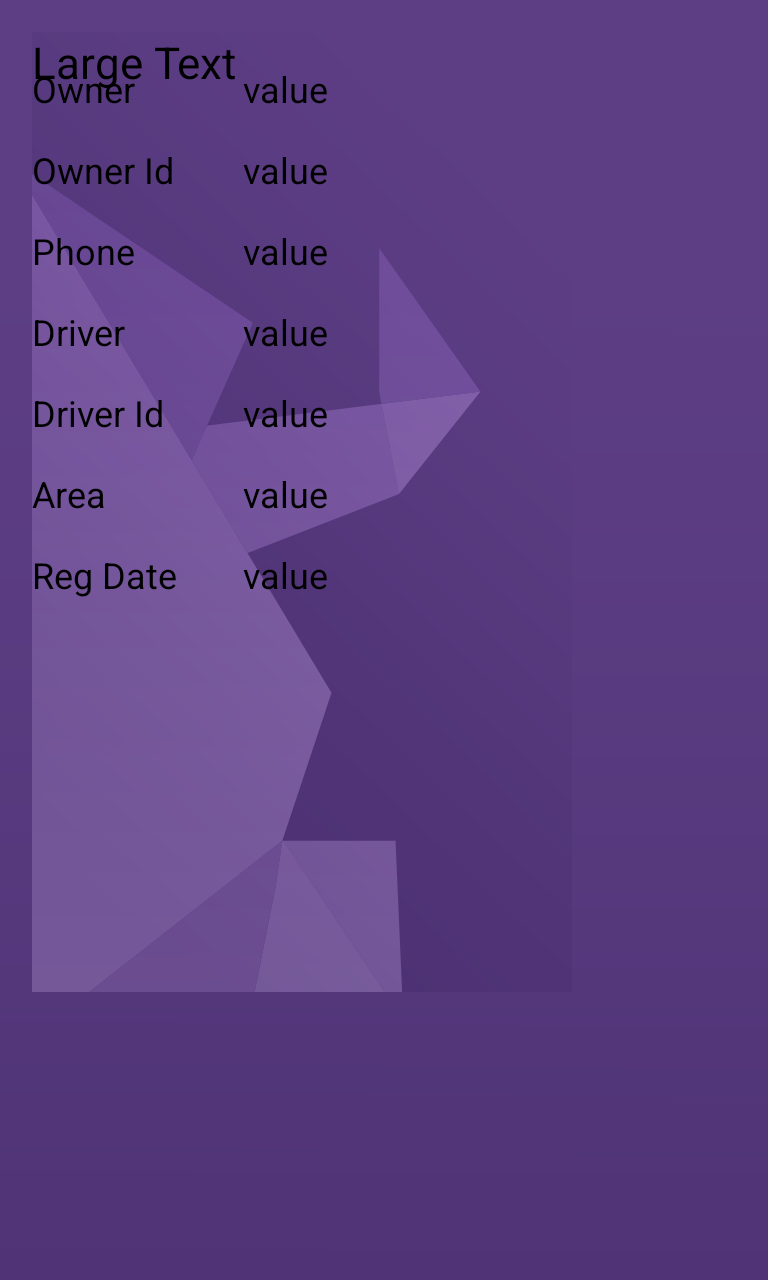
Repository: walteranyika/personal
Layout: PikiPiki/res/layout/activity_details.xml
The author's editor kept a copy of each file at every save. The layout is drawn from the files as they stood at one save, then again after the next save.
It is drawn on a 768 x 1280 px phone screen (xhdpi) without system bars, with theme AppTheme; the app's code is not run.

Above is the layout before, as saved 2015-11-06 07:32:04.

### PikiPiki/res/layout/activity_details.xml
<RelativeLayout xmlns:android="http://schemas.android.com/apk/res/android"
    xmlns:tools="http://schemas.android.com/tools"
    android:layout_width="match_parent"
    android:layout_height="match_parent"
    tools:context=".DetailsActivity"
    android:background="@drawable/background_fill"
    android:padding="16dp" >

    <ImageView
        android:id="@+id/imageView1"
        android:layout_width="wrap_content"
        android:layout_height="match_parent"
        android:layout_alignParentLeft="true"
        android:layout_alignParentTop="true"
        android:scaleType="fitStart"
        android:contentDescription="@string/background_image"
        android:src="@drawable/background" />

    <TextView
        android:id="@+id/textView1"
        android:layout_width="match_parent"
        android:layout_height="wrap_content"
        android:layout_alignRight="@+id/imageView1"
        android:text="Large Text"
        android:layout_marginBottom="24dp"
        android:textAppearance="?android:attr/textAppearanceLarge" />

    <LinearLayout
        android:id="@+id/linearLayout1"
        android:layout_width="fill_parent"
        android:layout_height="wrap_content"
        android:layout_marginTop="16dp" >

        <TextView
            android:id="@+id/textView2"
            android:layout_width="0dp"
            android:layout_weight="0.3"
            android:layout_height="wrap_content"
            android:text="@string/owner"
            android:textAppearance="?android:attr/textAppearanceMedium" />

        <TextView
            android:id="@+id/tvOwnerName"
            android:layout_width="0dp"
            android:layout_height="wrap_content"
            android:layout_weight="0.7"
            android:text="@string/empty_string"
            android:textAppearance="?android:attr/textAppearanceMedium" />
    </LinearLayout>

    <LinearLayout
        android:id="@+id/LinearLayout01"
        android:layout_width="fill_parent"
        android:layout_height="wrap_content"
        android:layout_alignParentLeft="true"
        android:layout_below="@+id/linearLayout1"
        android:layout_marginTop="16dp" >

        <TextView
            android:id="@+id/TextView01"
            android:layout_width="0dp"
            android:layout_height="wrap_content"
            android:layout_weight="0.3"
            android:text="@string/owner_id"
            android:textAppearance="?android:attr/textAppearanceMedium" />

        <TextView
            android:id="@+id/tvOwnerId"
            android:layout_width="0dp"
            android:layout_height="wrap_content"
            android:layout_weight="0.7"
            android:text="@string/empty_string"
            android:textAppearance="?android:attr/textAppearanceMedium" />
    </LinearLayout>

    <LinearLayout
        android:id="@+id/LinearLayout02"
        android:layout_width="fill_parent"
        android:layout_height="wrap_content"
        android:layout_alignParentLeft="true"
        android:layout_below="@+id/LinearLayout01"
        android:layout_marginTop="16dp" >

        <TextView
            android:id="@+id/TextView03"
            android:layout_width="0dp"
            android:layout_height="wrap_content"
            android:layout_weight="0.3"
            android:text="@string/phone"
            android:textAppearance="?android:attr/textAppearanceMedium" />

        <TextView
            android:id="@+id/tvPhone"
            android:layout_width="0dp"
            android:layout_height="wrap_content"
            android:layout_weight="0.7"
            android:text="@string/empty_string"
            android:textAppearance="?android:attr/textAppearanceMedium" />
    </LinearLayout>

    <LinearLayout
        android:id="@+id/LinearLayout03"
        android:layout_width="fill_parent"
        android:layout_height="wrap_content"
        android:layout_alignParentLeft="true"
        android:layout_below="@+id/LinearLayout02"
        android:layout_marginTop="16dp" >

        <TextView
            android:id="@+id/TextView05"
            android:layout_width="0dp"
            android:layout_height="wrap_content"
            android:layout_weight="0.3"
            android:text="@string/driver"
            android:textAppearance="?android:attr/textAppearanceMedium" />

        <TextView
            android:id="@+id/tvDriverName"
            android:layout_width="0dp"
            android:layout_height="wrap_content"
            android:layout_weight="0.7"
            android:text="@string/empty_string"
            android:textAppearance="?android:attr/textAppearanceMedium" />
    </LinearLayout>

    <LinearLayout
        android:id="@+id/LinearLayout04"
        android:layout_width="fill_parent"
        android:layout_height="wrap_content"
        android:layout_alignParentLeft="true"
        android:layout_below="@+id/LinearLayout03"
        android:layout_marginTop="16dp" >

        <TextView
            android:id="@+id/TextView07"
            android:layout_width="0dp"
            android:layout_height="wrap_content"
            android:layout_weight="0.3"
            android:text="@string/driver_id"
            android:textAppearance="?android:attr/textAppearanceMedium" />

        <TextView
            android:id="@+id/tvDriverId"
            android:layout_width="0dp"
            android:layout_height="wrap_content"
            android:layout_weight="0.7"
            android:text="@string/empty_string"
            android:textAppearance="?android:attr/textAppearanceMedium" />
    </LinearLayout>

    <LinearLayout
        android:id="@+id/LinearLayout05"
        android:layout_width="fill_parent"
        android:layout_height="wrap_content"
        android:layout_alignParentLeft="true"
        android:layout_below="@+id/LinearLayout04"
        android:layout_marginTop="16dp">

        <TextView
            android:id="@+id/TextView09"
            android:layout_width="0dp"
            android:layout_height="wrap_content"
            android:layout_weight="0.3"
            android:text="@string/area"
            android:textAppearance="?android:attr/textAppearanceMedium" />

        <TextView
            android:id="@+id/tvAreaOperation"
            android:layout_width="0dp"
            android:layout_height="wrap_content"
            android:layout_weight="0.7"
            android:text="@string/empty_string"
            android:textAppearance="?android:attr/textAppearanceMedium" />
    </LinearLayout>

    <LinearLayout
        android:id="@+id/LinearLayout06"
        android:layout_width="fill_parent"
        android:layout_height="wrap_content"
        android:layout_alignParentLeft="true"
        android:layout_below="@+id/LinearLayout05"
        android:layout_marginTop="16dp" >

        <TextView
            android:id="@+id/TextView11"
            android:layout_width="0dp"
            android:layout_height="wrap_content"
            android:layout_weight="0.3"
            android:text="@string/reg_date"
            android:textAppearance="?android:attr/textAppearanceMedium" />

        <TextView
            android:id="@+id/tvDate"
            android:layout_width="0dp"
            android:layout_height="wrap_content"
            android:layout_weight="0.7"
            android:text="@string/empty_string"
            android:textAppearance="?android:attr/textAppearanceMedium" />
    </LinearLayout>

</RelativeLayout>

### PikiPiki/res/values/themes_apptheme.xml
<?xml version="1.0" encoding="utf-8"?>

<!-- Generated with http://android-holo-colors.com -->
<resources xmlns:android="http://schemas.android.com/apk/res/android">

  <style name="AppTheme" parent="@style/_AppTheme"/>

  <style name="_AppTheme" parent="android:Theme.Holo.Light">

    <item name="android:editTextBackground">@drawable/apptheme_edit_text_holo_light</item>

    <item name="android:buttonStyle">@style/ButtonAppTheme</item>

    <item name="android:imageButtonStyle">@style/ImageButtonAppTheme</item>

  </style>

</resources>

### PikiPiki/res/values/styles_apptheme.xml
<?xml version="1.0" encoding="utf-8"?>

<!-- Generated with http://android-holo-colors.com -->
<resources xmlns:android="http://schemas.android.com/apk/res/android">

  <style name="ButtonAppTheme" parent="android:Widget.Holo.Light.Button">
	  <item name="android:background">@drawable/apptheme_btn_default_holo_light</item>
  </style>

  <style name="ImageButtonAppTheme" parent="android:Widget.Holo.Light.ImageButton">
	  <item name="android:background">@drawable/apptheme_btn_default_holo_light</item>
  </style>

</resources>

### PikiPiki/res/drawable/apptheme_btn_default_holo_light.xml
<?xml version="1.0" encoding="utf-8"?>

<selector xmlns:android="http://schemas.android.com/apk/res/android">
    <item android:state_window_focused="false" android:state_enabled="true"
        android:drawable="@drawable/apptheme_btn_default_normal_holo_light" />
    <item android:state_window_focused="false" android:state_enabled="false"
        android:drawable="@drawable/apptheme_btn_default_disabled_holo_light" />
    <item android:state_pressed="true"
        android:drawable="@drawable/apptheme_btn_default_pressed_holo_light" />
    <item android:state_focused="true" android:state_enabled="true"
        android:drawable="@drawable/apptheme_btn_default_focused_holo_light" />
    <item android:state_enabled="true"
        android:drawable="@drawable/apptheme_btn_default_normal_holo_light" />
    <item android:state_focused="true"
        android:drawable="@drawable/apptheme_btn_default_disabled_focused_holo_light" />
    <item
         android:drawable="@drawable/apptheme_btn_default_disabled_holo_light" />
</selector>

### PikiPiki/res/values/strings.xml
<?xml version="1.0" encoding="utf-8"?>
<resources>

    <string name="app_name">PikiPiki</string>
    <string name="action_settings">Settings</string>
    <string name="motorbike">Motor Bike</string>
    <string name="sync">Sync</string>
    <string name="phone">Phone</string>
    <string name="_0734567843">Phone</string>
    <string name="area">Area</string>
    <string name="reg_date">Reg Date</string>
    <string name="driver_id">Driver Id</string>
    <string name="driver">Driver</string>
    <string name="owner">Owner</string>
    <string name="owner_id">Owner Id</string>
    <string name="search">Search</string>
    <string name="bike_reg_number">Bike Reg Number</string>
    <string name="back_ground_image">Back Ground Image</string>
    <string name="title_activity_details">DetailsActivity</string>
    <string name="hello_world">Hello world!</string>
    <string name="background_image">Background Image</string>
    <string name="empty_string">value</string>

</resources>

Loaded but not shown: PikiPiki/res/values/styles.xml (common file); PikiPiki/res/drawable/apptheme_edit_text_holo_light.xml (common file); PikiPiki/res/values-v11/styles.xml (common file); PikiPiki/res/values-v14/styles.xml (common file)

After the next save:
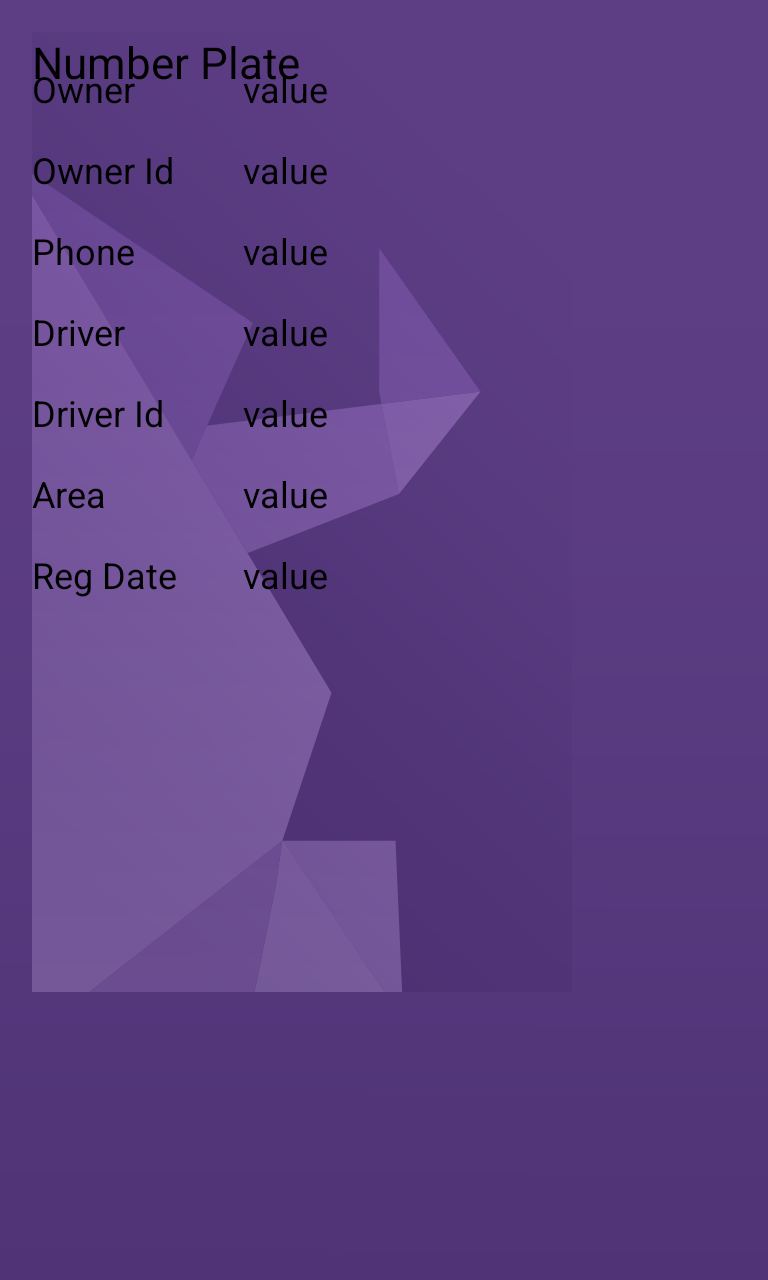
Saved 11 s later.
--- a/PikiPiki/res/layout/activity_details.xml
+++ b/PikiPiki/res/layout/activity_details.xml
@@ -21,7 +21,7 @@
         android:layout_width="match_parent"
         android:layout_height="wrap_content"
         android:layout_alignRight="@+id/imageView1"
-        android:text="Large Text"
+        android:text="Number Plate"
         android:layout_marginBottom="24dp"
         android:textAppearance="?android:attr/textAppearanceLarge" />
 
